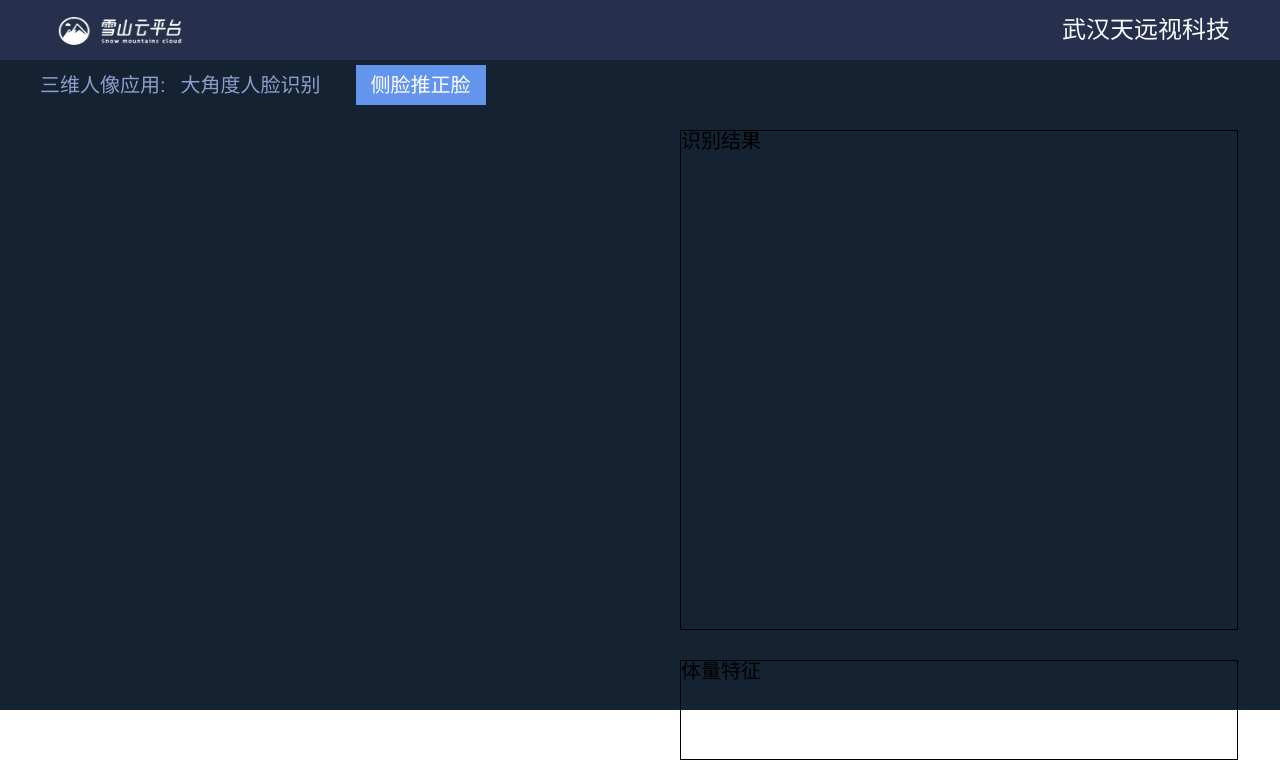
Repository: fyt2020/pubilcDemlo
Page: /#/face
These files come from the project's save history. The page is drawn as it stood at one moment and after the next save; the edit follows.
The browser window is 1280 px wide. The pictures show the whole page.
The project was rebuilt for these pictures with package versions that can differ from the ones it lists, and the page was loaded fresh each time.

Above is the page before, as saved 2020-04-28 10:29:49.

### index.html
<!DOCTYPE html>
<html>
  <head>
    <meta charset="utf-8">
    <meta name="viewport" content="width=device-width,initial-scale=1.0">
    <title>pubilcdemo</title>
    <script src="./static/config.js"></script>
    <script src="./static/main.js"></script>
  </head>
  <body>
    <div id="app"></div>
    <!-- built files will be auto injected -->
  </body>
</html>

### src/main.js
// The Vue build version to load with the `import` command
// (runtime-only or standalone) has been set in webpack.base.conf with an alias.
import Vue from 'vue'
import App from './App'
import router from './router'
import '@/assets/css/reset.css'
import axios from '@/plugins/axios';

Vue.config.productionTip = false
Vue.prototype.$http = axios;
/* eslint-disable no-new */
new Vue({
  el: '#app',
  router,
  components: { App },
  template: '<App/>'
})

### src/router/index.js
import Vue from 'vue'
import Router from 'vue-router'
import Home from '@/pages/Home'

Vue.use(Router)

export default new Router({
  linkExactActiveClass: "exactActive",
  linkActivesClass: "active",
  routes: [
    {
      path: '/',
      name: 'home',
      component: Home,
      meta:{
        needTooken:false
      },
      redirect:'/bigAngle',
      children:[
        {
          path: 'bigAngle',
          name: 'bigAngle',
          component: () => import("@/pages/bigAngle"),
          meta:{
            needTooken:false
          },

        },
        {
          path: 'face',
          name: 'face',
          component: () => import("@/pages/face"),
          meta:{
            needTooken:false
          },

        }

      ]
    }
  ]
})

### src/assets/css/reset.css
@charset "UTF-8";
/**
 * @desc pc端常用reset.css
 * @author archer
 * @date 2018-08-26
 */
html,body,div,p,ul,li,dl,dt,dd,em,i,span,a,img,input,h1,h2,h3,h4,h5,nav,section,footer,header,table,tr,th,td,ul,li{margin:0;padding:0;box-sizing: border-box;}
h1,h2,h3,h4,h5,h6{font-weight:normal}
i,em,b{font-style:normal}
article,aside,details,figcaption,figure,footer,header,menu,nav,section {display: block;}
a,img,input {border:none;}
a {text-decoration:none;}
a:hover, a:active {outline: none;}
ul,li{list-style: none}
button,input,select,textarea{font-size:100%;outline:none}
table{border-collapse:collapse;border-spacing:0}
html, body {width: 100%;height: 100%;}
body{font-family:"Helvetica Neue",Helvetica, Arial,sans-serif; font-size: 14px;line-height:1}

### src/pages/Home.vue
<template>
  <div class="home">
      <div class="header">
           <div class="header__left">
                <img src="../assets/img/logo1.png" alt="" class="logo_img">

           </div>
           <div class="header__right">
                <span>武汉天远视科技</span>
           </div>
      </div>
      <div class="navigation">
            <span>三维人像应用:</span>
            <router-link tag="li" :to="{name:'bigAngle'}" class="navigation__item">大角度人脸识别</router-link>
            <router-link tag="li" :to="{name:'face',params:{id:'self'}}" class="navigation__item">侧脸推正脸</router-link>
      </div>

      <div class="content">
         <router-view />
      </div>

  </div>
</template>

<script>
export default {
  data() {
    return {};
  },
  computed: {},
  created() {

  },
  mounted() {

  },
  methods: {

  },
  components: {}
};
</script>

<style lang="scss" scoped>
@import "@/assets/css/home.scss";
</style>

### src/pages/face.vue
<template>
  <div class="face">
    <div class="face__left">
      <canvas class="canvasId" v-show="regImgKey" :class="{'big':isBig}"></canvas>
    </div>

    <div class="face__right">
      <div class="right__top">
        <span class="right__topT">识别结果</span>
        <div id="model"></div>
        <ul class="info__box" v-if="infoObj.collectNo">
          <li class="info__item">
            <span class="info__iteml">采集编号:</span>
            <span class="info__itemr">{{infoObj.collectNo}}</span>
          </li>
          <li class="info__item">
            <span class="info__iteml">性别:</span>
            <span class="info__itemr">{{infoObj.sex}}</span>
          </li>
          <li class="info__item">
            <span class="info__iteml">证件号:</span>
            <span class="info__itemr">{{infoObj.idNo}}</span>
          </li>
          <li class="info__item">
            <span class="info__iteml">采集时间:</span>
            <span class="info__itemr">{{infoObj.time}}</span>
          </li>
        </ul>
      </div>
      <div class="right__bottom">
        <span class="right__topT">体量特征</span>
        <ul class="tl__box" v-if="charData.length>0">
          <li class="tl__item" v-for="item in charData" :key="item.value">
            <span class="tl__iteml same">{{item.title}}</span>
            <span class="tl__itemr same">{{item.value}}</span>
          </li>
        </ul>
      </div>
    </div>
  </div>
</template>

<script>
import axios from "axios";
export default {
  props: {},
  data() {
    return {
      regImgKey: false,
      isBig: false,
      charData: [],
      infoObj: {
        collectNo: "",
        sex: "",
        time: "",
        idNo: ""
      },
      source: 0,
      camera: null,
      renderer: null,
      boxHelper: null,
      animationId: null,
      modelObj: null,
      scene: null
    };
  },
  computed: {},
  created() {},
  mounted() {
    console.log($("#model"));
    let id = this.$route.params.id;
    if (id) {
    } else {
      this.initData();
    }
  },
  methods: {
    initData() {
      let id = this._getQueryString(window.BASEURL.type);
      this.INIT(400, 400, id);
    },

    _getQueryString(name) {
      let after = window.location.hash.split("?")[1];
      if (after) {
        var reg = new RegExp("(^|&)" + name + "=([^&]*)(&|$)");
        var r = after.match(reg);

        if (r != null) return unescape(r[2]);
        return null;
      }
    },

    INIT(width, height, name) {
      console.log(name);
      let VM = this;
      //场景构建
      VM.scene = new THREE.Scene();
      //相机构建
      VM.camera = new THREE.PerspectiveCamera(45, width / height, 0.1, 2000); //四个参数 视场角 方向 最近距 最远距  fov对应着图中的视角，是上下两面的夹角。aspect是近平面的宽高比。
      // camera.lookAt( new THREE.Vector3(0, 0, 0));
      //渲染器构建
      VM.renderer = new THREE.WebGLRenderer({
        antialias: true
      });

      //设置背景颜色
      VM.renderer.setClearColor(0x484b5f);
      //三个参数 width height updateStyle第三个选填
      VM.renderer.setSize(width, height);
      //激活阴影
      VM.renderer.shadowMapEnabled = true;
      //添加材质灯光阴影
      var ambiColor = "ffffff";
      var ambientLight = new THREE.AmbientLight(ambiColor);
      VM.scene.add(ambientLight);

      //添加坐标系
      // var axes = new THREE.AxisHelper(100);
      // scene.add(axes);

      //添加网格
      // var helper = new THREE.GridHelper( 1000, 50 ,0x0000ff, 0xff8080);
      // scene.add(helper);
      VM.boxHelper = new THREE.BoxHelper();

      var controls = new THREE.OrbitControls(VM.camera, VM.renderer.domElement);
      //controls.target = new THREE.Vector3(0, 0, 0);
      // 使动画循环使用时阻尼或自转 意思是否有惯性
      controls.enableDamping = true;
      //动态阻尼系数 就是鼠标拖拽旋转灵敏度
      controls.dampingFactor = 0.25;
      //是否可以缩放
      controls.enableZoom = true;
      //是否自动旋转
      controls.autoRotate = false;
      //设置相机距离原点的最近距离
      //controls.minDistance = 200;
      //设置相机距离原点的最远距离
      //controls.maxDistance = 600;
      //是否开启右键拖拽
      controls.enablePan = true;
      //上下旋转范围
      controls.minPolarAngle = 0;
      controls.maxPolarAngle = Math.PI * (90 / 180);
      //左右旋转范围
      controls.minAzimuthAngle = -Math.PI * (60 / 180);
      controls.maxAzimuthAngle = Math.PI * (60 / 180);

      controls.panSpeed = 0.2;
      controls.rotateSpeed = 0.1;
      //模型
      var onProgress = function(xhr) {
        // if (xhr.lengthComputable) {
        //   //可计算的长度
        //   var percentCompvare = (xhr.loaded / xhr.total) * 100; //加载程度百分比
        //   var elem = document.getElementById("myBar");
        //   var width = parseInt(percentCompvare);
        //   elem.style.width = width + "%";
        //   $(".loading").text("正在下载:" + parseInt(percentCompvare) + "%");
        // }
      };
      var onError = function(xhr) {
        // $(".loading")
        //   .show()
        //   .text("下载失败");
        return;
      };

      var modelPath = `../../static/data/${name}`;
      var objLoader = new THREE.OBJLoader2();
      var callbackOnLoad = function(event) {
        VM.modelObj = event.detail.loaderRootNode;
        VM.modelObj.name = `${name}`;
        VM.modelObj.scale.set(1.9, 1.9, 1.9);
        VM.modelObj.children[0].geometry.computeBoundingBox();
        VM.modelObj.rotation.x = THREE.Math.degToRad(-88);
        VM.modelObj.children[0].geometry.center();
        VM.boxHelper.setFromObject(VM.modelObj);
        let center = VM.boxHelper.geometry.boundingSphere.center;
        let radius = VM.boxHelper.geometry.boundingSphere.radius;
        let cameraPos = new THREE.Vector3(
          center.x + VM.modelObj.position.x,
          center.y + VM.modelObj.position.y,
          radius * 2.2 + center.z + VM.modelObj.position.z
        );
        let lookPos = new THREE.Vector3(
          center.x + VM.modelObj.position.x,
          center.y + VM.modelObj.position.y,
          center.z + VM.modelObj.position.z
        );
        VM.camera.position.copy(cameraPos);
        controls.target = lookPos;
        VM.camera.lookAt(lookPos);
        VM.scene.add(VM.modelObj);
      };
      let typeObj = VM.source == "1" ? "textured" : "cut";
      objLoader.loadMtl(modelPath + `/${typeObj}_mesh.mtl`, null, function(
        materialCreator
      ) {
        materialCreator[`${typeObj}_mesh`].opacity = 1; // new THREE.Color(1,1,1)
        objLoader.setMaterials(materialCreator);
        objLoader.setLogging(true, true);
        objLoader.load(
          modelPath + `/${typeObj}_mesh.obj`,
          callbackOnLoad,
          onProgress,
          onError,
          null,
          false
        );
      });
      VM.camera.lookAt(VM.scene.position);
      //在页面上添加渲染器，dom元素
      console.log($("#model"));
      $("#model").append(VM.renderer.domElement);
      renderScene();
      VM.getModelTxt(name);
      VM.getInfo(name);
      function renderScene() {
        var clock = new THREE.Clock();
        var delta = clock.getDelta(); //三角点
        controls.update();
        VM.camera.updateProjectionMatrix();
        VM.animationId = requestAnimationFrame(renderScene); //请求动画框架
        VM.renderer.render(VM.scene, VM.camera);
      }
    },
    clearRenderer() {
      let VM = this;
      VM.renderer.dispose();
      VM.renderer.forceContextLoss();
      VM.renderer.context = null;
      VM.renderer.domElement = null;
      VM.renderer = null;
    },
    getModelTxt(name) {
      let VM = this;
      let id = new Date().getTime();
      let params = {
        headers: {
          "Content-Type": "text/plain;charset=utf-8"
        },
        responseType: "text/json",
        inCharset: "utf-8",
        outCharset: "utf-8",
        timeout: 30000,
        random: id
      };
      axios
        .get(`../../static/data/${name}/face_points_distance.txt`)
        .then(function(res) {
          let newData = res.data.split("\r\n");
          let len = newData.length;
          for (var i = 0; i < len; i++) {
            let obj = {};
            if (newData[i]) {
              let k = newData[i].split(":")[0];
              let v = newData[i].split(":")[1];
              obj["title"] = k;
              obj["value"] = v;
            }
            VM.charData.push(obj);
          }

          console.log(VM.charData);
        })
        .catch(function(error) {
          console.log(error);
        });
    },
    getInfo(name) {
      let VM = this;
      this.$http.api
        .get(`../../static/data/${name}/${name}.json`)
        .then(function(res) {
          if (res.data.code === 0) {
            let data = res.data.result;
            VM.infoObj = data;
            VM.regImgKey = true;
            VM.createdImg(`../../static/data/${name}/${name}.jpg`,data.xdata);

          }
        })
        .catch(function(error) {
          console.log(error);
        });
    },
    //移除模型
    removeEntity(object) {
      let selectedObject = this.scene.getObjectByName(object.name);
      // console.log('renderer.renderLists',this.renderer.renderLists)
      selectedObject.traverse(function(item) {
        if (item instanceof THREE.Mesh) {
          item.geometry.dispose(); //删除几何体
          //item.material.dispose(); //删除材质
          if (Array.isArray(item.material)) {
            item.material.forEach(function(i) {
              i.dispose(); //删除材质
            });
          } else {
            item.material.dispose();
          }
        }
      });
      this.scene.remove(selectedObject);
      this.renderer.dispose();
      this.renderer.clear();
      this.renderer.renderLists.dispose();
      this.modelObj = null;
      THREE.Cache.clear();
    },
    createdImg(imgUrl1, data) {
      console.log(data);
      let len = data.length;
      let canvas = document.getElementsByClassName("canvasId")[0];
      let ctx = canvas.getContext("2d");
      let img = new Image();
      img.src = `${imgUrl1}`;
      let spX, spY;
      let W = $(".face__left").width();
      let H = $(".face__left").height();
      img.onload = function() {
        let imgW = img.width;
        let imgH = img.height;
        let targetW, targetH;
        spX = W / img.width;
        spY = H / img.height;
        console.log(img.width);
        console.log(img.height);
        if (imgW > W) {
          targetW = imgW * spX;
          targetH = imgH * spX;
          if (imgH > H) {
            targetW = imgW * spY;
            targetH = imgH * spY;
          }
        } else {
          if (imgH > H) {
            targetW = imgW * spY;
            targetH = imgH * spY;
          } else {
            targetW = imgW;
            targetH = imgH;
          }
        }
        // console.log(spX);
        // console.log(spY);
        // console.log(targetW);
        // console.log(targetH);

        canvas.width = targetW;
        canvas.height = targetH;

        ctx.drawImage(img, 0, 0, targetW, targetH);
        ctx.strokeStyle = "#FF0000";
        ctx.strokeWidth = 1;
        ctx.lineWidth = 2;
        if (len > 0) {
          if (imgW > W && imgH < H) {
            console.log(1);
            data.forEach((item, index) => {
              ctx.strokeRect(
                item.x * spX,
                item.y * spX,
                item.w * spX,
                item.h * spX
              );
            });
          } else if (imgW > W && imgH > H) {
            console.log(2);
            data.forEach((item, index) => {
              ctx.strokeRect(
                item.x * spY,
                item.y * spY,
                item.w * spY,
                item.h * spY
              );
            });
          } else {
            if (imgH > H) {
              console.log(3);
              data.forEach((item, index) => {
                ctx.strokeRect(
                  item.x * spY,
                  item.y * spY,
                  item.w * spY,
                  item.h * spY
                );
              });
            } else {
              console.log(4);
              data.forEach((item, index) => {
                ctx.strokeRect(item.x, item.y, item.w, item.h);
              });
            }
          }
        }
      };
    }
  },
  components: {},
  beforeDestroy() {}
};
</script>

<style scoped lang="scss">
@import "@/assets/css/face.scss";
</style>

### src/assets/css/home.scss
.home{
    font-size: 20px;
    width: 100vw;
    height: 100vh;
    .header{
        width: 100%;
        height: 60px;
        background-color: #262f4b;
        display: flex;
        align-items: center;
        color:  #f8faff;;
        justify-content: space-between;
        padding: 0 50px;
        font-size: 24px;
        .header__left{
            height: 100%;
            display: flex;
            align-items: center;
            .logo_img{
                width: 141px;
                height: 35px;
            }
        }
        .header__right{
            height: 100%;
            display: flex;
            align-items: center;
        }
    }
    .navigation{
        width: 100%;
        height: 50px;
        display: flex;
        align-items: center;
        box-sizing: border-box;
        background-color: #142232;
        color:  #8c9ecb;
        padding: 0 40px;
        &__item{
            height: 40px;
            line-height: 40px;
            box-sizing: border-box;
            padding: 0 15px;
            margin-right: 20px;
        }
        &__item.exactActive{
             display: flex;
             background-color: cornflowerblue;
             color: #fff;
        }
    }
    .content{
        height: calc(100% - 120px);
        width: 100%;
        padding: 20px;
        background-color: #142232;
    }
}

### src/assets/css/face.scss
.face{
    display: flex;
    width: 100%;
    height: 100%;
    .face__left{
       width: 50%;
       height: 100%;
       margin-right: 40px;
       display: flex;
       flex-direction: column;
       align-items: center;
       justify-content: center;
       .left__bottom{
           width: 100%;
           height: 15%;
           border: 1px solid black;
           .left__bottom{

           }
           .recg__box{

               display: flex;
               align-items: center;
               justify-content: flex-start;
               .recg__item{
                   width: 100px;
                   height: 100px;
                   .recg__itemImg{

                       height: 100%;
                   }
               }
           }
       }
    }
    .face__right{
       width: 45%;
       height: 100%;
       .right__top{
           border: 1px solid black;
           width: 100%;
           height: 500px;
           position: relative;
           margin-bottom: 30px;
           .right__topT{

           }
           #model{
               width: 400px;
               height: 400px;
           }
           .info__box{
               position: absolute;
               right: 0;
               bottom: 0;
               width: 300px;
               height: 200px;
               background-color: black;
               display: flex;
               flex-direction: column;

               color: blanchedalmond;


           }
       }
       .right__bottom{

           border: 1px solid black;
           width: 100%;
           height: 100px;
           .right__topT{

           }
           .tl__box{
               display: flex;

               .tl__item{



                .same{




                }
                .tl__iteml{

                }
                .tl__itemr{

                }
               }
           }


       }

    }
}

### static/config.js
window.BASEURL = {
     type:'id',

     imgUrl__collectNo:'srlp1576136811447'
};

Loaded but not shown: src/App.vue (common file); src/plugins/axios.js (library)

After the next save:
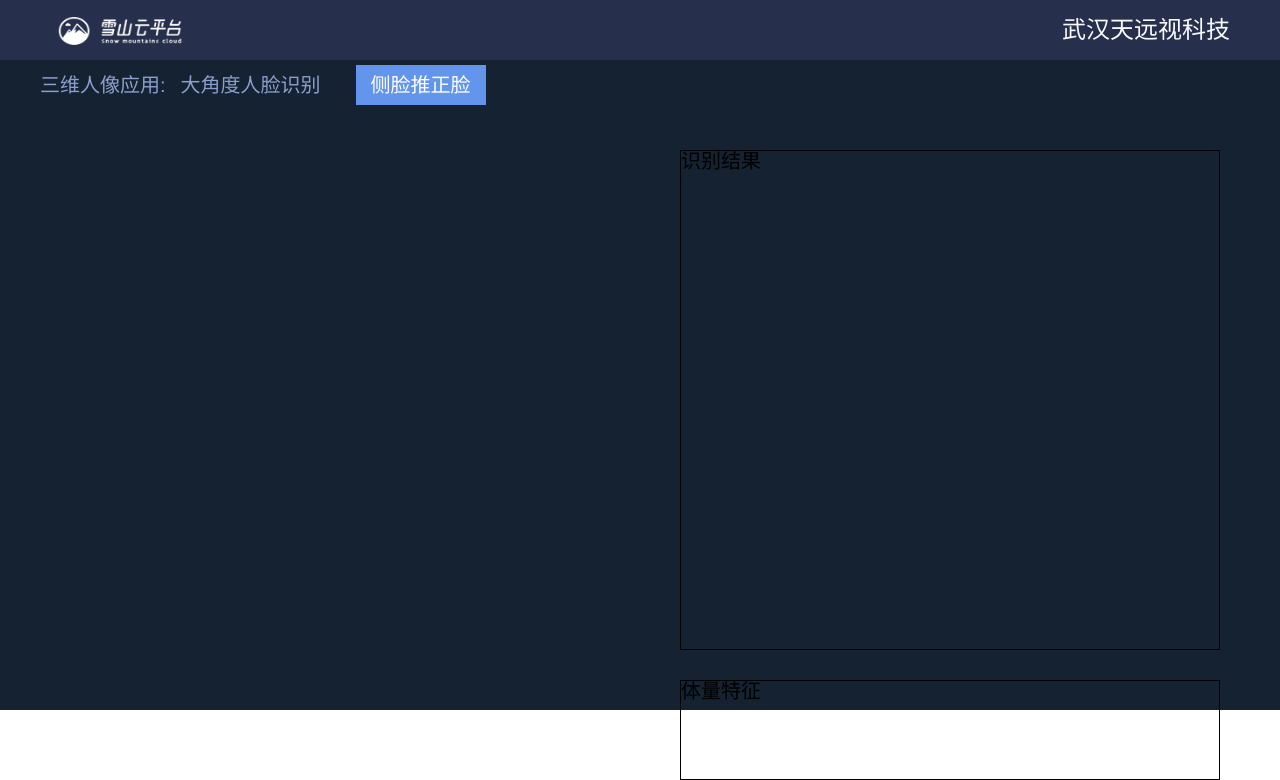
Saved 7 s later.
--- a/src/assets/css/home.scss
+++ b/src/assets/css/home.scss
@@ -52,7 +52,7 @@
     .content{
         height: calc(100% - 120px);
         width: 100%;
-        padding: 20px;
+        padding: 40px;
         background-color: #142232;
     }
 }
